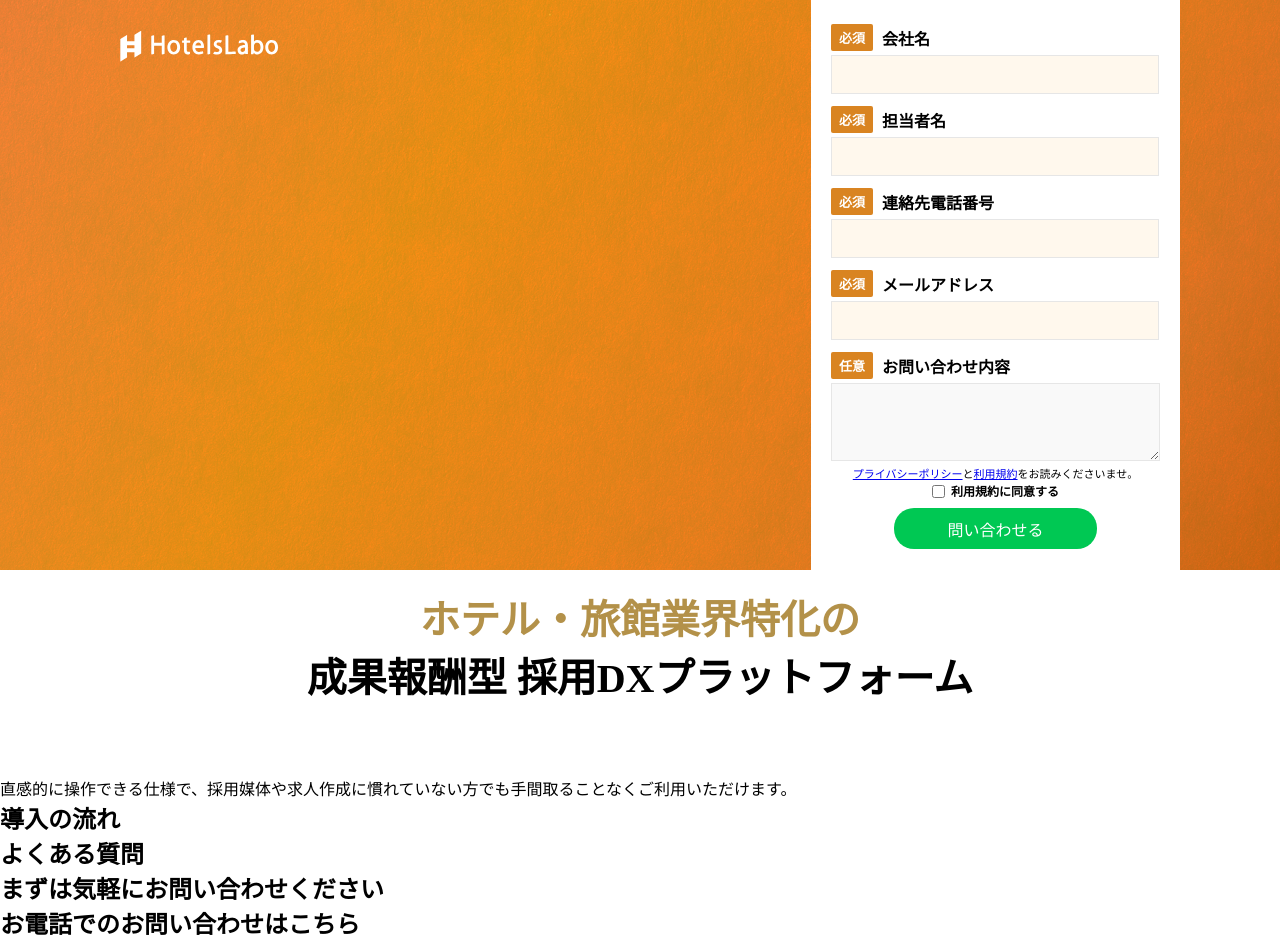
Repository: FujieRyou/to_b_lp
Page: index.html
The author's editor kept a copy of each file at every save. The page is drawn from the files as they stood at one save, then again after the next save.
The browser window is 1280 px wide. The pictures show the whole page.

Above is the page before, as saved 2024-02-27 03:20:15.
Not found: index.js

### index.html
<!DOCTYPE html>
<html lang="ja">
    <head>
        <meta charset="utf-8">
        <meta http-equiv="X-UA-Compatible" content="ie=edge">
        <meta name="viewport" content="width=device-width,initial-scale=1.0,minimum-scale=1.0">
        <meta name="format-detection" content="telephone=no">
        <meta name="keywords" content="">
        <meta name="description" content="ここに説明文を設定">
        <meta name="twitter:card" content="summary">
        <meta name="twitter:site" content="@twitteraccount">
        <meta property="og:site_name" content="サイト名">
        <meta property="og:title" content="サイトタイトル">
        <meta property="og:description" content="サイト説明文">
        <meta property="og:url" content="https://www.hogehoge.com">
        <meta property="og:image" content="https://www.hogehoge.com./hoge.jpg">
        <meta property="og:image:type" content="image/jpeg">
        <meta property="og:image:width" content="600">
        <meta property="og:image:height" content="400">
        <meta property="og:type" content="website">
        <title>ホテルズラボ｜ホテルの求人・旅館の転職情報</title>
        <link rel="stylesheet" href="ress.css">
        <link rel="stylesheet" href="style.css">
    </head>
    <body>
        <main>
            <section>
                <div class="firstViewWrap">
                    <div class="firstViewEffect">
                        <div class="contentWrap">
                            <header>
                                <h1>
                                    <img src="img/ロゴ.svg" alt="ホテルズラボのロゴ" class="logo">
                                </h1>
                            </header>
                            <div class="firstViewMainImg"></div>
                            <!-- <img src="img/firstViewの葵さんとその他売り文句.png" alt="firstViewの葵さんとその他売り文句" class="firstViewMainImg"> -->
                            <!-- form -->
                            <div>
                                <form action="" class="formWrap">
                                    <div class="formFlexStyle">
                                        <label for="companyName"><span>必須</span>会社名</label>
                                        <input type="text">
                                    </div>
                                    <div class="formFlexStyle">
                                        <label for="companyName"><span>必須</span>担当者名</label>
                                        <input type="text">
                                    </div>
                                    <div class="formFlexStyle">
                                        <label for="companyName"><span>必須</span>連絡先電話番号</label>
                                        <input type="text">
                                    </div>
                                    <div class="formFlexStyle">
                                        <label for="companyName"><span>必須</span>メールアドレス</label>
                                        <input type="text">
                                    </div>
                                    <div class="formFlexStyle">
                                        <label for="companyName"><span>任意</span>お問い合わせ内容</label>
                                        <textarea name="" id="" cols="30" rows="10"></textarea>
                                    </div>
                                    <p><a href="#">プライバシーポリシー</a>と<a href="#">利用規約</a>をお読みくださいませ。</p>
                                    <div class="consent">
                                        <input type="checkbox">
                                        <label for="">利用規約に同意する</label>
                                    </div>
                                    <button type="submit">問い合わせる</button>
                                </form>
                            </div>
                        </div>
                    </div>
                </div>
            </section>
            <!-- 動く会社のロゴ -->
            <section>
                <div>
                    <ul>
                        <li></li>
                    </ul>
                </div>
            </section>
            <section>
                <div class="specializedIntroductionWrap">
                    <h2><span>ホテル・旅館業界特化の</span><br>成果報酬型 採用DXプラットフォーム</h2>
                    <div>
                        <div>
                            <img src="" alt="">
                            <img src="" alt="">
                            <img src="" alt="">
                        </div>
                    </div>
                </div>
            </section>
            <section>
                <div>
                    <p></p>
                    <h2><img src="" alt=""></h2>
                    <article></article>
                    <article></article>
                    <article></article>
                    <article></article>
                </div>
            </section>
            <section>
                <div>
                    <h2><img src="" alt=""></h2>
                    <p>直感的に操作できる仕様で、採用媒体や求人作成に慣れていない方でも手間取ることなくご利用いただけます。</p>
                </div>
            </section>
            <section>
                <div>
                    <h2>導入の流れ</h2>
                </div>
            </section>
            <section>
                <div>
                    <h2>よくある質問</h2>
                </div>
            </section>
            <section>
                <div>
                    <h2>まずは気軽にお問い合わせください</h2>
                </div>
            </section>
        </main>
        <footer>
            <h2>お電話でのお問い合わせはこちら</h2>
        </footer>
        <script src="index.js"></script>
    </body>
</html>

### ress.css
/*!
 * ress.css • v4.0.0
 * MIT License
 * github.com/filipelinhares/ress
 */

/* # =================================================================
   # Global selectors
   # ================================================================= */

   html {
    box-sizing: border-box;
    -webkit-text-size-adjust: 100%; /* Prevent adjustments of font size after orientation changes in iOS */
    word-break: normal;
    -moz-tab-size: 4;
    tab-size: 4;
  }

  *,
  ::before,
  ::after {
    background-repeat: no-repeat; /* Set `background-repeat: no-repeat` to all elements and pseudo elements */
    box-sizing: inherit;
  }

  ::before,
  ::after {
    text-decoration: inherit; /* Inherit text-decoration and vertical align to ::before and ::after pseudo elements */
    vertical-align: inherit;
  }

  * {
    padding: 0; /* Reset `padding` and `margin` of all elements */
    margin: 0;
  }

  /* # =================================================================
     # General elements
     # ================================================================= */

  hr {
    overflow: visible; /* Show the overflow in Edge and IE */
    height: 0; /* Add the correct box sizing in Firefox */
    color: inherit; /* Correct border color in Firefox. */
  }

  details,
  main {
    display: block; /* Render the `main` element consistently in IE. */
  }

  summary {
    display: list-item; /* Add the correct display in all browsers */
  }

  small {
    font-size: 80%; /* Set font-size to 80% in `small` elements */
  }

  [hidden] {
    display: none; /* Add the correct display in IE */
  }

  abbr[title] {
    border-bottom: none; /* Remove the bottom border in Chrome 57 */
    /* Add the correct text decoration in Chrome, Edge, IE, Opera, and Safari */
    text-decoration: underline;
    text-decoration: underline dotted;
  }

  a {
    background-color: transparent; /* Remove the gray background on active links in IE 10 */
  }

  a:active,
  a:hover {
    outline-width: 0; /* Remove the outline when hovering in all browsers */
  }

  code,
  kbd,
  pre,
  samp {
    font-family: monospace, monospace; /* Specify the font family of code elements */
  }

  pre {
    font-size: 1em; /* Correct the odd `em` font sizing in all browsers */
  }

  b,
  strong {
    font-weight: bolder; /* Add the correct font weight in Chrome, Edge, and Safari */
  }

  /* https://gist.github.com/unruthless/413930 */
  sub,
  sup {
    font-size: 75%;
    line-height: 0;
    position: relative;
    vertical-align: baseline;
  }

  sub {
    bottom: -0.25em;
  }

  sup {
    top: -0.5em;
  }

  table {
    border-color: inherit; /* Correct border color in all Chrome, Edge, and Safari. */
    text-indent: 0; /* Remove text indentation in Chrome, Edge, and Safari */
  }

  /* # =================================================================
     # Forms
     # ================================================================= */

  input {
    border-radius: 0;
  }

  /* Replace pointer cursor in disabled elements */
  [disabled] {
    cursor: default;
  }

  [type='number']::-webkit-inner-spin-button,
  [type='number']::-webkit-outer-spin-button {
    height: auto; /* Correct the cursor style of increment and decrement buttons in Chrome */
  }

  [type='search'] {
    -webkit-appearance: textfield; /* Correct the odd appearance in Chrome and Safari */
    outline-offset: -2px; /* Correct the outline style in Safari */
  }

  [type='search']::-webkit-search-decoration {
    -webkit-appearance: none; /* Remove the inner padding in Chrome and Safari on macOS */
  }

  textarea {
    overflow: auto; /* Internet Explorer 11+ */
    resize: vertical; /* Specify textarea resizability */
  }

  button,
  input,
  optgroup,
  select,
  textarea {
    font: inherit; /* Specify font inheritance of form elements */
  }

  optgroup {
    font-weight: bold; /* Restore the font weight unset by the previous rule */
  }

  button {
    overflow: visible; /* Address `overflow` set to `hidden` in IE 8/9/10/11 */
  }

  button,
  select {
    text-transform: none; /* Firefox 40+, Internet Explorer 11- */
  }

  /* Apply cursor pointer to button elements */
  button,
  [type='button'],
  [type='reset'],
  [type='submit'],
  [role='button'] {
    cursor: pointer;
    color: inherit;
  }

  /* Remove inner padding and border in Firefox 4+ */
  button::-moz-focus-inner,
  [type='button']::-moz-focus-inner,
  [type='reset']::-moz-focus-inner,
  [type='submit']::-moz-focus-inner {
    border-style: none;
    padding: 0;
  }

  /* Replace focus style removed in the border reset above */
  button:-moz-focusring,
  [type='button']::-moz-focus-inner,
  [type='reset']::-moz-focus-inner,
  [type='submit']::-moz-focus-inner {
    outline: 1px dotted ButtonText;
  }

  button,
  html [type='button'], /* Prevent a WebKit bug where (2) destroys native `audio` and `video`controls in Android 4 */
  [type='reset'],
  [type='submit'] {
    -webkit-appearance: button; /* Correct the inability to style clickable types in iOS */
  }

  /* Remove the default button styling in all browsers */
  button,
  input,
  select,
  textarea {
    background-color: transparent;
    border-style: none;
  }

  a:focus,
  button:focus,
  input:focus,
  select:focus,
  textarea:focus {
    outline-width: 0;
  }

  /* Style select like a standard input */
  select {
    -moz-appearance: none; /* Firefox 36+ */
    -webkit-appearance: none; /* Chrome 41+ */
  }

  select::-ms-expand {
    display: none; /* Internet Explorer 11+ */
  }

  select::-ms-value {
    color: currentColor; /* Internet Explorer 11+ */
  }

  legend {
    border: 0; /* Correct `color` not being inherited in IE 8/9/10/11 */
    color: inherit; /* Correct the color inheritance from `fieldset` elements in IE */
    display: table; /* Correct the text wrapping in Edge and IE */
    max-width: 100%; /* Correct the text wrapping in Edge and IE */
    white-space: normal; /* Correct the text wrapping in Edge and IE */
    max-width: 100%; /* Correct the text wrapping in Edge 18- and IE */
  }

  ::-webkit-file-upload-button {
    /* Correct the inability to style clickable types in iOS and Safari */
    -webkit-appearance: button;
    color: inherit;
    font: inherit; /* Change font properties to `inherit` in Chrome and Safari */
  }

  /* # =================================================================
     # Specify media element style
     # ================================================================= */

  img {
    border-style: none; /* Remove border when inside `a` element in IE 8/9/10 */
  }

  /* Add the correct vertical alignment in Chrome, Firefox, and Opera */
  progress {
    vertical-align: baseline;
  }

  /* # =================================================================
     # Accessibility
     # ================================================================= */

  /* Specify the progress cursor of updating elements */
  [aria-busy='true'] {
    cursor: progress;
  }

  /* Specify the pointer cursor of trigger elements */
  [aria-controls] {
    cursor: pointer;
  }

  /* Specify the unstyled cursor of disabled, not-editable, or otherwise inoperable elements */
  [aria-disabled='true'] {
    cursor: default;
  }

### style.css
.firstViewWrap{
    width: 100vw;
    height: 570px;
    background-image: url("./img/bgcMain.png");
}

.firstViewEffect{
    width: 100%;
    height: 100%;
    background-image: url("./img/bgcBler.png");
    overflow: hidden;
}

.contentWrap{
    max-width: 1080px;
    height: auto;
    margin: 0 auto;
    display: flex;
}

header{
    padding: 30px 0px 0px 20px;
}

.firstViewMainImg{
    width: 740px;
    margin-top: 20px;
}






/* formstyle */

form{
    width: 369px;
    padding: 24px 20px;
    background-color: rgba(255, 255, 255, 1);
}

.formFlexStyle{
    display: flex;
    flex-direction: column;
}

.formDetail{
    margin: 0 auto;
}

.formFlexStyle > label{
    font-size: 16px;
    font-weight: bold;
    margin-bottom: 4px;
    display: flex;
    align-items: center;
}

.formFlexStyle > label > span{
    background-color: rgba(217, 132, 33, 1);
    color: #fff;
    font-size: 13px;
    border-radius: 2px;
    margin-right: 9px;
    padding: 4px 8px;
}

.formFlexStyle > input{
    width: 328px;
    height: 39px;
    border: solid 1.03px rgba(230, 230, 230, 1);
    background-color: rgba(255, 248, 237, 1);
    margin-bottom: 12px;
}

.formFlexStyle > textarea{
    width: 328.65px;
    height: 78.05px;
    border: solid 1.03px rgba(230, 230, 230, 1);
    background-color: rgba(249, 249, 249, 1);
}

.formWrap > p{
    font-size: 11px;
    text-align: center;
    margin-top: 4px;
}

.consent{
    display: flex;
    align-items: center;
    justify-content: center;
    margin-top: 1px;
}

.consent > label{
    font-size: 12px;
    font-weight: bold;
    margin-left: 6px;
}

.formWrap > button{
    display: block;
    width: 203.35px;
    height: 41.08px;
    background-color: rgba(0, 200, 83, 1);
    color: #fff;
    border-radius: 20px;
    margin: 0 auto;
    margin-top: 8px;
}



.specializedIntroductionWrap > h2{
    text-align: center;
    font-size: 40px;
}

.specializedIntroductionWrap > h2 > span{
    color: rgba(179, 145, 73, 1);
}

After the next save:
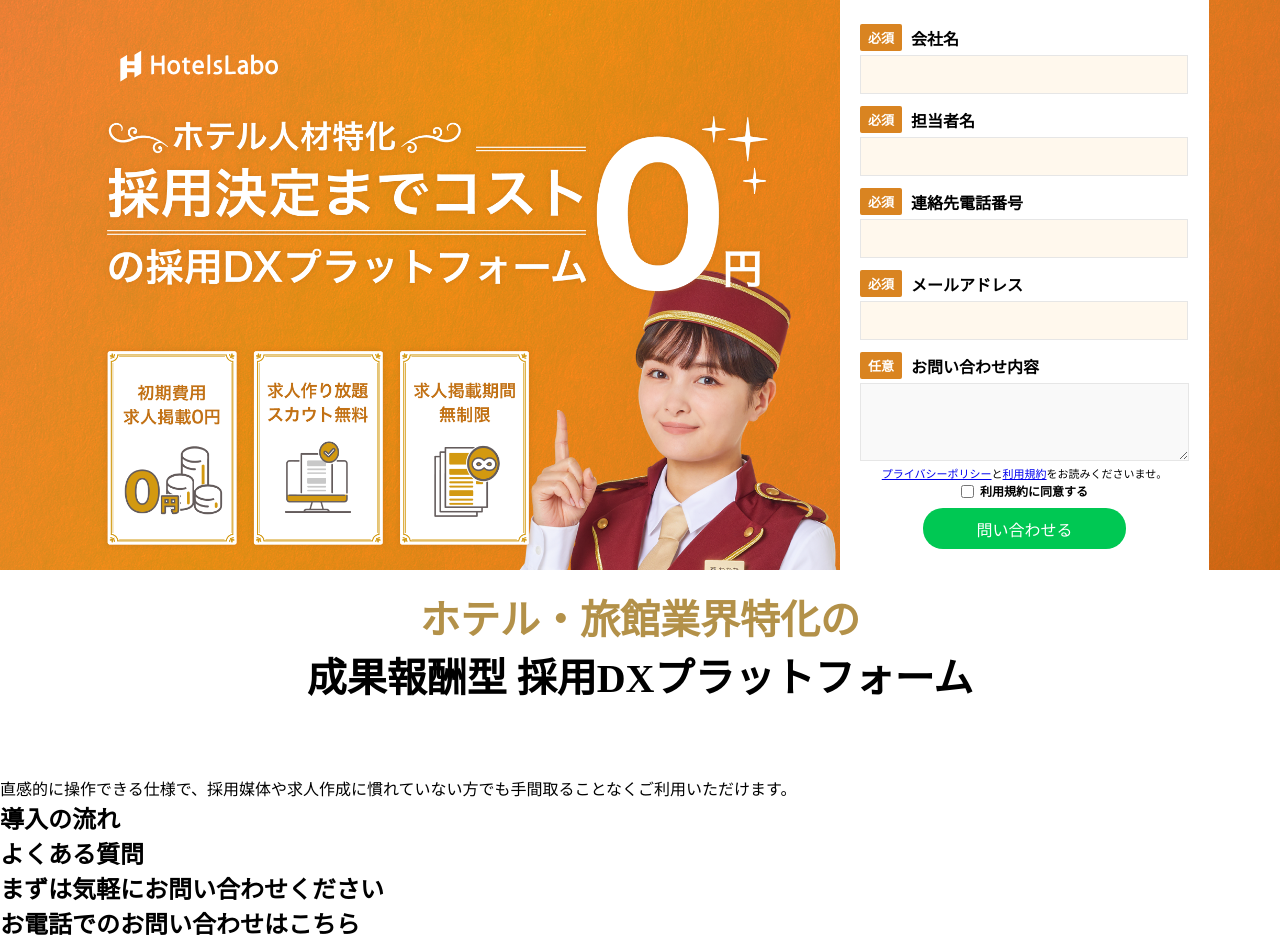
Saved 42 s later.
--- a/index.html
+++ b/index.html
@@ -28,13 +28,14 @@
                 <div class="firstViewWrap">
                     <div class="firstViewEffect">
                         <div class="contentWrap">
-                            <header>
-                                <h1>
-                                    <img src="img/ロゴ.svg" alt="ホテルズラボのロゴ" class="logo">
-                                </h1>
-                            </header>
-                            <div class="firstViewMainImg"></div>
-                            <!-- <img src="img/firstViewの葵さんとその他売り文句.png" alt="firstViewの葵さんとその他売り文句" class="firstViewMainImg"> -->
+                            <div class="firstViewMainImg">
+                                <header>
+                                    <h1>
+                                        <img src="img/ロゴ.svg" alt="ホテルズラボのロゴ" class="logo">
+                                    </h1>
+                                </header>
+                                <img src="img/firstViewの葵さんとその他売り文句.png" alt="firstViewの葵さんとその他売り文句" class="firstViewMainImg">
+                            </div>
                             <!-- form -->
                             <div>
                                 <form action="" class="formWrap">
